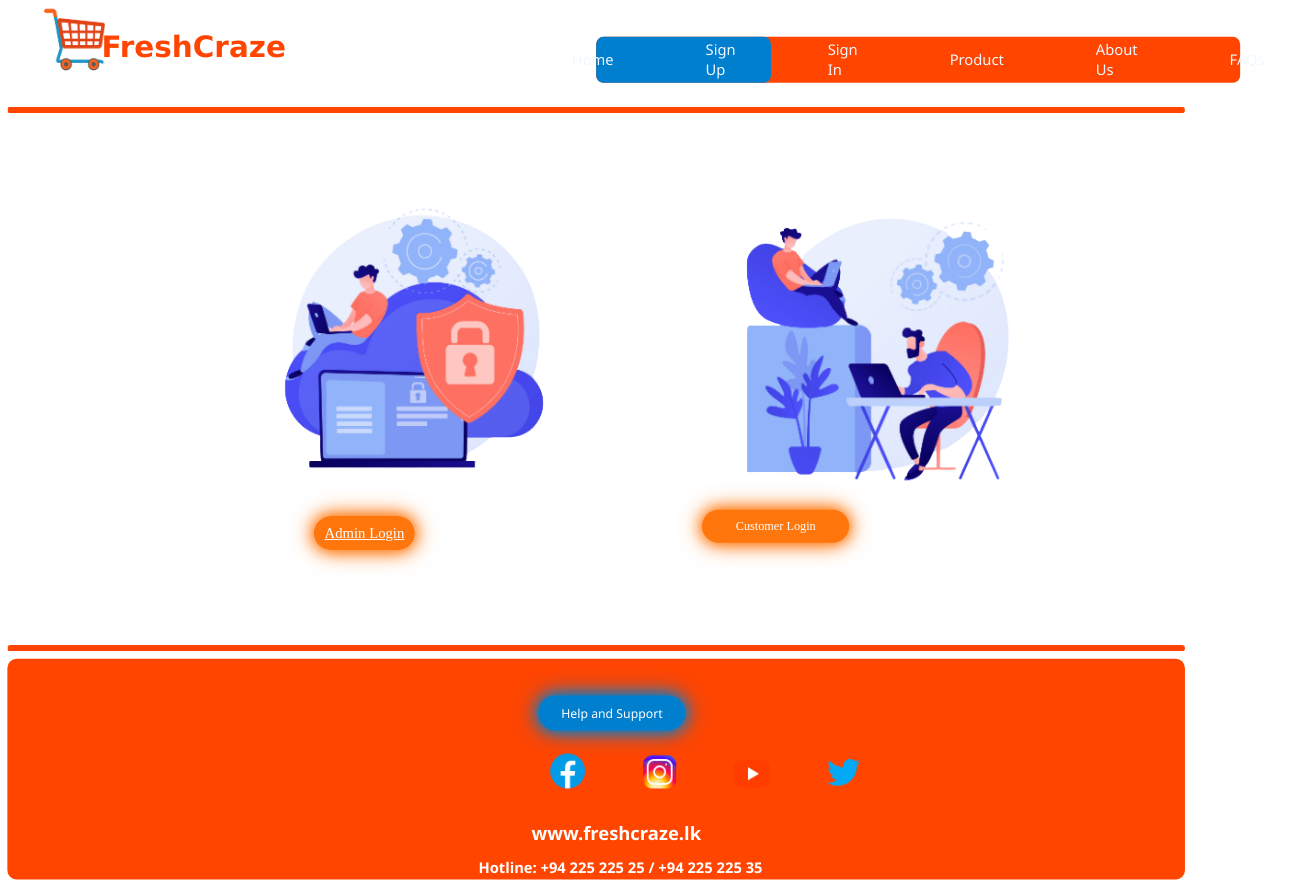
Repository: shanika2002/FreshCraze
Page: http://localhost/itemDem/mainLogin.jsp
These files come from the project's save history. The page is drawn as it stood at one moment and after the next save; the edit follows.
The browser window is 1280 px wide. The page is 1425 px wide, then 1386 px, so the pictures cover 1425 px, including what lies to the right of the window. The pictures show the whole page, at 92% of full size.
The page is served by Tomcat 9.

Above is the page before, as saved 2024-05-10 09:23:49.

After the next save:
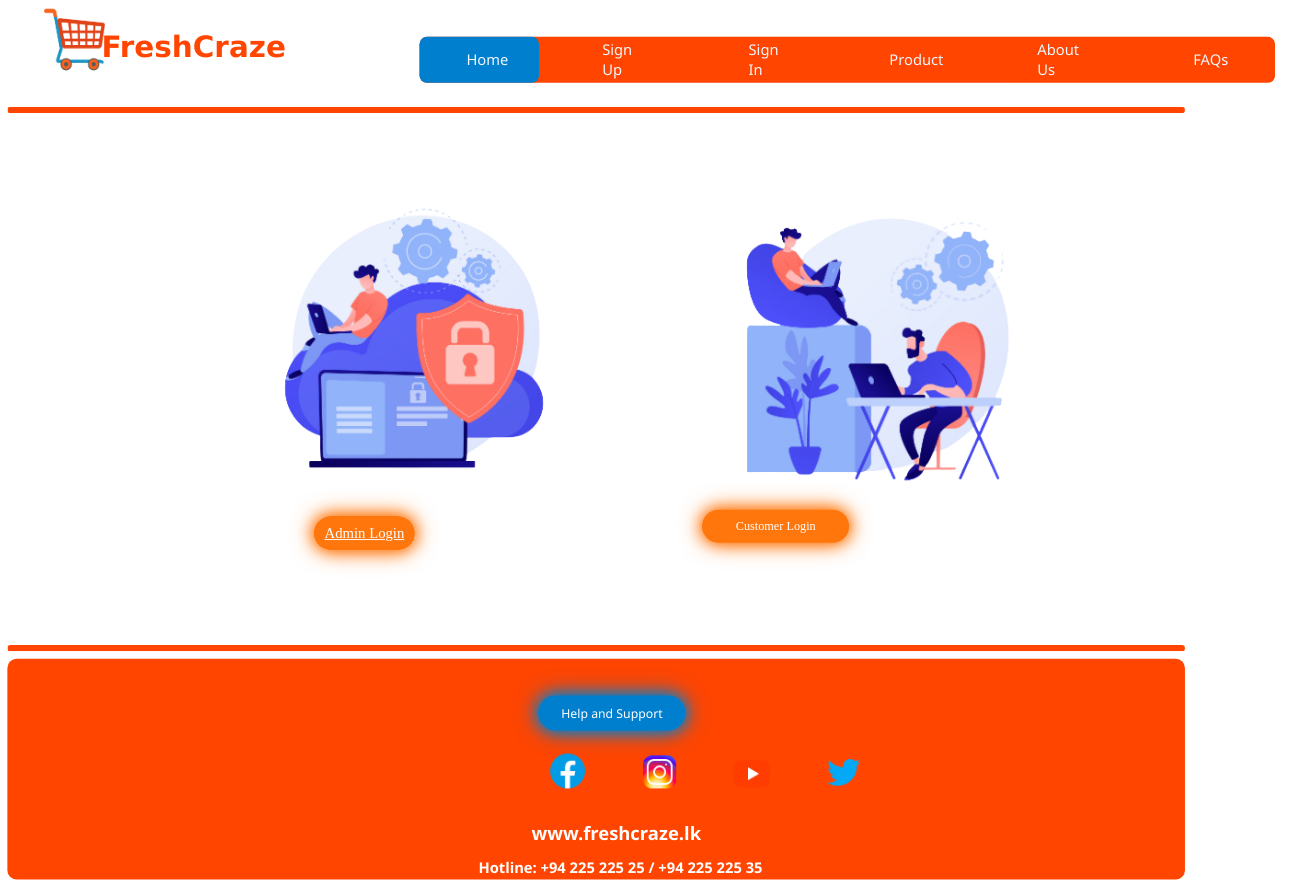
Saved 95 s later.
--- a/itemDem/src/main/webapp/css/mainLogin.css
+++ b/itemDem/src/main/webapp/css/mainLogin.css
@@ -23,7 +23,7 @@
 }
 
 .navbar{
-    margin-left:50%;
+    margin-left:35%;
     margin-top:-4%;
     padding: 0;
     box-sizing: border-box;
@@ -36,7 +36,7 @@
     position:relative;
     background-color: orangered;
     border-radius: 8px;
-    width: 700px;
+    width: 930px;
     height: 50px;
     display: flex;
 }
@@ -48,7 +48,7 @@
     font-weight: 500;
     color: aliceblue;
     text-decoration: none;
-    padding: 50px;
+    padding: 51px;
     z-index: 1;
 }
 
@@ -56,7 +56,7 @@
     position: absolute;
     top: 0;
     left: 0;
-    width: 190px;
+    width: 130px;
     height: 100%;
     background-color:rgb(0, 127, 206);
     border-radius: 8px;
@@ -65,23 +65,35 @@
 
 nav a:nth-child(1):hover~span{
     left: 0;
-    width: 190px;
+    width: 400;
 }
 
 nav a:nth-child(2):hover~span{
-    left: 190px;
+    left: 170px;
+    width: 110px;
+}
+
+nav a:nth-child(3):hover~span{
+    left:300px;
+    width: 110px;
+}
+
+nav a:nth-child(4):hover~span{
+    left: 450px;
     width: 150px;
 }
 
-nav a:nth-child(3):hover~span{
-    left:330px;
-    width: 150px;
-}
-
-nav a:nth-child(4):hover~span{
-    left: 470px;
-    width: 230px;
-}
+nav a:nth-child(5):hover~span{
+    left: 650px;
+    width: 110px;
+}
+
+nav a:nth-child(6):hover~span{
+    left: 805px;
+    width: 125px;
+}
+
+
 
 .topic_line{
     border: none;
